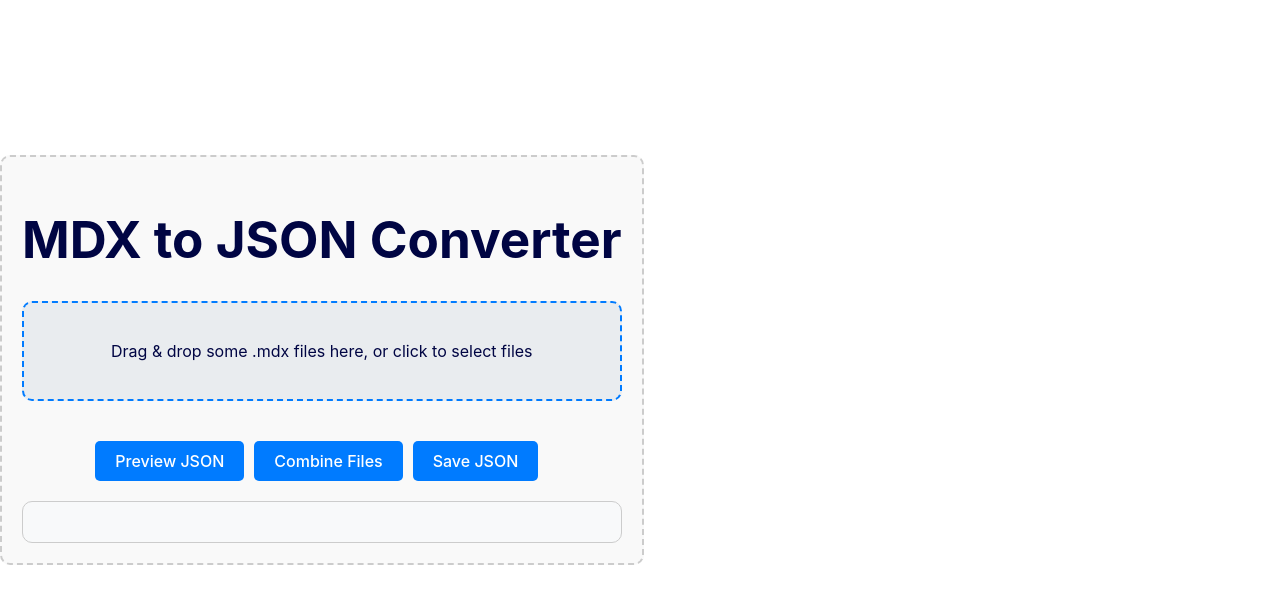
Repository: LayerDynamics/mdx-to-json
Page: /
An editor plug-in stored every save of this project. The page is shown before and after the next save, followed by the edit.
The browser window is 1280 px wide. The pictures show the whole page.
The project was rebuilt for these pictures with package versions that can differ from the ones it lists, and the page was loaded fresh each time. Also part of the build but not shown: vite.config.ts.

Above is the page before, as saved 2024-08-20 08:07:52.

### src/App.tsx
// src/App.tsx
import React, { useState, useCallback } from 'react';
import { useDropzone } from 'react-dropzone';
import { parseMDX, createKnowledgeBaseEntry } from './utils/mdxUtils';
import { Container, UploadButton, DropzoneArea, PreviewContainer } from './styles';


interface KnowledgeBaseEntry {
    title: string;
    tags: string[];
    category: string;
    content: string;
    updatedAt: string;
}

const App: React.FC = () => {
    const [mdxFiles, setMdxFiles] = useState<File[]>([]);
    const [jsonEntries, setJsonEntries] = useState<KnowledgeBaseEntry[]>([]);
    const [combinedJson, setCombinedJson] = useState<KnowledgeBaseEntry | null>(null);

    const onDrop = useCallback((acceptedFiles: File[]) => {
        setMdxFiles([...mdxFiles, ...acceptedFiles]);
    }, [mdxFiles]);

    const { getRootProps, getInputProps } = useDropzone({ onDrop, accept: '.mdx' });

    const handlePreview = async () => {
        const entries: KnowledgeBaseEntry[] = [];

        for (const file of mdxFiles) {
            const content = await file.text();
            const parsed = await parseMDX(content);
            const entry = createKnowledgeBaseEntry(parsed.metadata, parsed.content);
            entries.push(entry);
        }

        setJsonEntries(entries);
    };

    const handleCombine = () => {
        const combined = jsonEntries.reduce(
            (acc, curr) => ({
                ...acc,
                title: acc.title + ' & ' + curr.title,
                tags: [...new Set([...acc.tags, ...curr.tags])],
                category: acc.category + ' & ' + curr.category,
                content: acc.content + '\n' + curr.content,
                updatedAt: new Date().toISOString(),
            }),
            { title: '', tags: [], category: '', content: '', updatedAt: '' }
        );

        setCombinedJson(combined);
    };

    const handleSave = () => {
        const blob = new Blob([JSON.stringify(combinedJson || jsonEntries, null, 2)], { type: 'application/json' });
        const url = URL.createObjectURL(blob);
        const link = document.createElement('a');
        link.href = url;
        link.download = 'knowledge_base.json';
        link.click();
        URL.revokeObjectURL(url);
    };

    return (
        <Container>
            <h1>MDX to JSON Converter</h1>
            <DropzoneArea {...getRootProps()}>
                <input {...getInputProps()} />
                <p>Drag & drop some .mdx files here, or click to select files</p>
            </DropzoneArea>
            <UploadButton onClick={handlePreview}>Preview JSON</UploadButton>
            <UploadButton onClick={handleCombine} disabled={jsonEntries.length < 2}>
                Combine Files
            </UploadButton>
            <UploadButton onClick={handleSave} disabled={jsonEntries.length === 0 && !combinedJson}>
                Save JSON
            </UploadButton>

            <PreviewContainer>
                {combinedJson
                    ? JSON.stringify(combinedJson, null, 2)
                    : jsonEntries.map((entry, index) => (
                          <div key={index}>
                              <h3>{entry.title}</h3>
                              <pre>{JSON.stringify(entry, null, 2)}</pre>
                              <hr />
                          </div>
                      ))}
            </PreviewContainer>
        </Container>
    );
};

export default App;

### src/utils/mdxUtils.ts
// src/utils/mdxUtils.ts
import { unified } from 'unified';
import rehypeParse from 'rehype-parse';
import rehypeRemark from 'rehype-remark';
import remarkParse from 'remark-parse';
import remarkStringify from 'remark-stringify';
import { compile } from '@mdx-js/mdx';
import matter from 'gray-matter';
import { Buffer } from 'buffer';

globalThis.Buffer = Buffer;

export async function parseMDX(mdxContent: string) {
    const { content, data } = matter(mdxContent);

    const jsx = await compile(content);
    return { content: String(jsx), metadata: data };
}

export function convertToPlainText(jsxContent: string) {
    return unified()
        .use(rehypeParse, { fragment: true })
        .use(rehypeRemark)
        .use(remarkParse)
        .use(remarkStringify)
        .processSync(jsxContent).toString();
}

export function createKnowledgeBaseEntry(metadata: any, content: string) {
    return {
        title: metadata.title || 'Untitled',
        tags: metadata.tags || [],
        category: metadata.category || 'General',
        content: convertToPlainText(content),
        updatedAt: metadata.date || new Date().toISOString(),
    };
}

### src/styles.ts
// src/styles.ts
import styled from 'styled-components';

export const Container = styled.div`
    max-width: 800px;
    margin: 0 auto;
    padding: 20px;
    text-align: center;
    border: 2px dashed #ccc;
    border-radius: 10px;
    background-color: #f9f9f9;
    color: #000543
`;

export const UploadButton = styled.button`
    padding: 10px 20px;
    margin-top: 20px;
    margin-right: 10px;
    background-color: #007bff;
    color: white;
    border: none;
    border-radius: 5px;
    cursor: pointer;

    &:hover {
        background-color: #0056b3;
    }
`;

export const DropzoneArea = styled.div`
    padding: 20px;
    border: 2px dashed #007bff;
    border-radius: 10px;
    background-color: #e9ecef;
    margin-bottom: 20px;
    cursor: pointer;

    &:hover {
        background-color: #dee2e6;
    }
`;

export const PreviewContainer = styled.div`
    margin-top: 20px;
    text-align: left;
    white-space: pre-wrap;
    background-color: #f8f9fa;
    padding: 20px;
    border-radius: 10px;
    border: 1px solid #ccc;
`;

Loaded but not shown: index.html (common file); src/main.tsx (common file); src/index.css (common file)

After the next save:
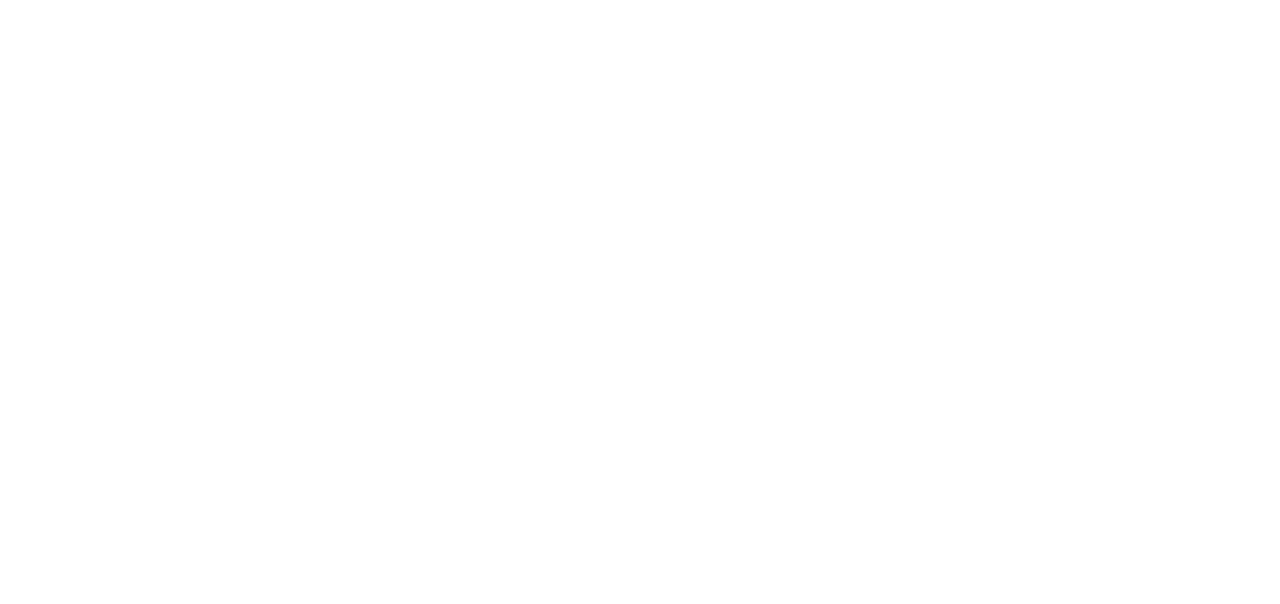
Console error: TypeError: Cannot read properties of undefined (reading 'length')
Saved 16 s later.
--- a/src/App.tsx
+++ b/src/App.tsx
@@ -1,96 +1,24 @@
-// src/App.tsx
-import React, { useState, useCallback } from 'react';
-import { useDropzone } from 'react-dropzone';
-import { parseMDX, createKnowledgeBaseEntry } from './utils/mdxUtils';
-import { Container, UploadButton, DropzoneArea, PreviewContainer } from './styles';
+// src/components/FormatButton.tsx
+import React from 'react';
 
-
-interface KnowledgeBaseEntry {
-    title: string;
-    tags: string[];
-    category: string;
-    content: string;
-    updatedAt: string;
+interface FormatButtonProps {
+    jsonEntries: any;
+    onFormat: (formattedEntries: any) => void;
 }
 
-const App: React.FC = () => {
-    const [mdxFiles, setMdxFiles] = useState<File[]>([]);
-    const [jsonEntries, setJsonEntries] = useState<KnowledgeBaseEntry[]>([]);
-    const [combinedJson, setCombinedJson] = useState<KnowledgeBaseEntry | null>(null);
-
-    const onDrop = useCallback((acceptedFiles: File[]) => {
-        setMdxFiles([...mdxFiles, ...acceptedFiles]);
-    }, [mdxFiles]);
-
-    const { getRootProps, getInputProps } = useDropzone({ onDrop, accept: '.mdx' });
-
-    const handlePreview = async () => {
-        const entries: KnowledgeBaseEntry[] = [];
-
-        for (const file of mdxFiles) {
-            const content = await file.text();
-            const parsed = await parseMDX(content);
-            const entry = createKnowledgeBaseEntry(parsed.metadata, parsed.content);
-            entries.push(entry);
-        }
-
-        setJsonEntries(entries);
-    };
-
-    const handleCombine = () => {
-        const combined = jsonEntries.reduce(
-            (acc, curr) => ({
-                ...acc,
-                title: acc.title + ' & ' + curr.title,
-                tags: [...new Set([...acc.tags, ...curr.tags])],
-                category: acc.category + ' & ' + curr.category,
-                content: acc.content + '\n' + curr.content,
-                updatedAt: new Date().toISOString(),
-            }),
-            { title: '', tags: [], category: '', content: '', updatedAt: '' }
+const FormatButton: React.FC<FormatButtonProps> = ({ jsonEntries, onFormat }) => {
+    const handleFormat = () => {
+        const formatted = jsonEntries.map((entry: any) =>
+            JSON.parse(JSON.stringify(entry, null, 2))
         );
-
-        setCombinedJson(combined);
-    };
-
-    const handleSave = () => {
-        const blob = new Blob([JSON.stringify(combinedJson || jsonEntries, null, 2)], { type: 'application/json' });
-        const url = URL.createObjectURL(blob);
-        const link = document.createElement('a');
-        link.href = url;
-        link.download = 'knowledge_base.json';
-        link.click();
-        URL.revokeObjectURL(url);
+        onFormat(formatted);
     };
 
     return (
-        <Container>
-            <h1>MDX to JSON Converter</h1>
-            <DropzoneArea {...getRootProps()}>
-                <input {...getInputProps()} />
-                <p>Drag & drop some .mdx files here, or click to select files</p>
-            </DropzoneArea>
-            <UploadButton onClick={handlePreview}>Preview JSON</UploadButton>
-            <UploadButton onClick={handleCombine} disabled={jsonEntries.length < 2}>
-                Combine Files
-            </UploadButton>
-            <UploadButton onClick={handleSave} disabled={jsonEntries.length === 0 && !combinedJson}>
-                Save JSON
-            </UploadButton>
-
-            <PreviewContainer>
-                {combinedJson
-                    ? JSON.stringify(combinedJson, null, 2)
-                    : jsonEntries.map((entry, index) => (
-                          <div key={index}>
-                              <h3>{entry.title}</h3>
-                              <pre>{JSON.stringify(entry, null, 2)}</pre>
-                              <hr />
-                          </div>
-                      ))}
-            </PreviewContainer>
-        </Container>
+        <button onClick={handleFormat} disabled={!jsonEntries.length}>
+            Format/Lint JSON
+        </button>
     );
 };
 
-export default App;
+export default FormatButton;

After the save that followed:
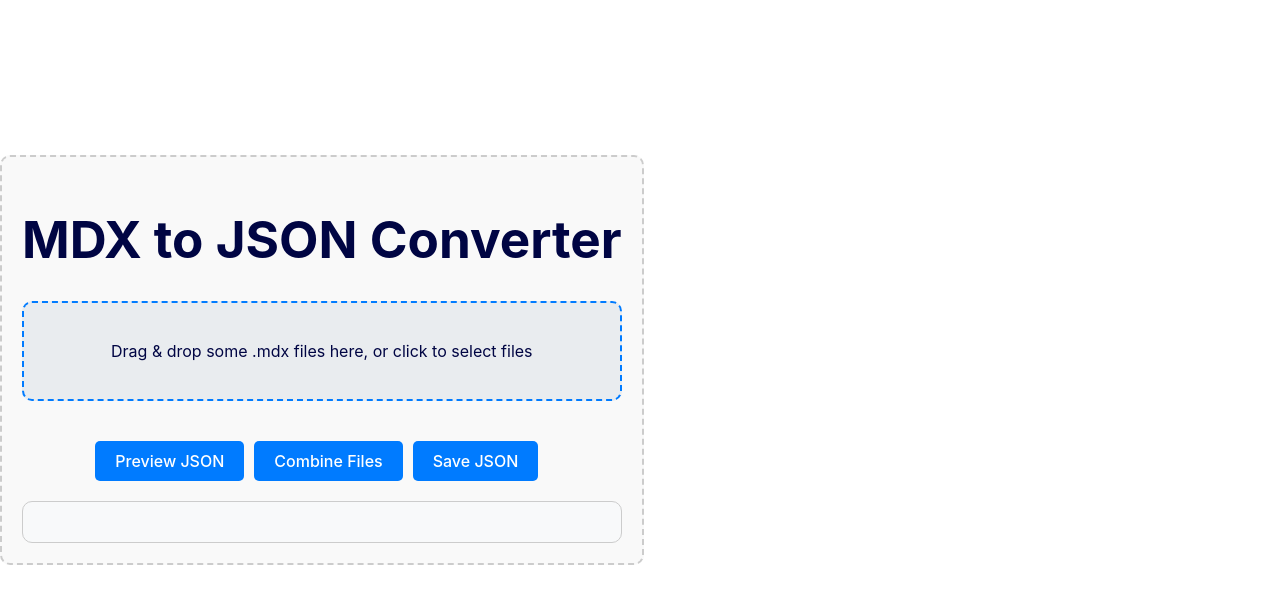
The error is gone.
Saved 6 s later.
--- a/src/App.tsx
+++ b/src/App.tsx
@@ -1,24 +1,96 @@
-// src/components/FormatButton.tsx
-import React from 'react';
+// src/App.tsx
+import React, { useState, useCallback } from 'react';
+import { useDropzone } from 'react-dropzone';
+import { parseMDX, createKnowledgeBaseEntry } from './utils/mdxUtils';
+import { Container, UploadButton, DropzoneArea, PreviewContainer } from './styles';
 
-interface FormatButtonProps {
-    jsonEntries: any;
-    onFormat: (formattedEntries: any) => void;
+
+interface KnowledgeBaseEntry {
+    title: string;
+    tags: string[];
+    category: string;
+    content: string;
+    updatedAt: string;
 }
 
-const FormatButton: React.FC<FormatButtonProps> = ({ jsonEntries, onFormat }) => {
-    const handleFormat = () => {
-        const formatted = jsonEntries.map((entry: any) =>
-            JSON.parse(JSON.stringify(entry, null, 2))
+const App: React.FC = () => {
+    const [mdxFiles, setMdxFiles] = useState<File[]>([]);
+    const [jsonEntries, setJsonEntries] = useState<KnowledgeBaseEntry[]>([]);
+    const [combinedJson, setCombinedJson] = useState<KnowledgeBaseEntry | null>(null);
+
+    const onDrop = useCallback((acceptedFiles: File[]) => {
+        setMdxFiles([...mdxFiles, ...acceptedFiles]);
+    }, [mdxFiles]);
+
+    const { getRootProps, getInputProps } = useDropzone({ onDrop, accept: '.mdx' });
+
+    const handlePreview = async () => {
+        const entries: KnowledgeBaseEntry[] = [];
+
+        for (const file of mdxFiles) {
+            const content = await file.text();
+            const parsed = await parseMDX(content);
+            const entry = createKnowledgeBaseEntry(parsed.metadata, parsed.content);
+            entries.push(entry);
+        }
+
+        setJsonEntries(entries);
+    };
+
+    const handleCombine = () => {
+        const combined = jsonEntries.reduce(
+            (acc, curr) => ({
+                ...acc,
+                title: acc.title + ' & ' + curr.title,
+                tags: [...new Set([...acc.tags, ...curr.tags])],
+                category: acc.category + ' & ' + curr.category,
+                content: acc.content + '\n' + curr.content,
+                updatedAt: new Date().toISOString(),
+            }),
+            { title: '', tags: [], category: '', content: '', updatedAt: '' }
         );
-        onFormat(formatted);
+
+        setCombinedJson(combined);
+    };
+
+    const handleSave = () => {
+        const blob = new Blob([JSON.stringify(combinedJson || jsonEntries, null, 2)], { type: 'application/json' });
+        const url = URL.createObjectURL(blob);
+        const link = document.createElement('a');
+        link.href = url;
+        link.download = 'knowledge_base.json';
+        link.click();
+        URL.revokeObjectURL(url);
     };
 
     return (
-        <button onClick={handleFormat} disabled={!jsonEntries.length}>
-            Format/Lint JSON
-        </button>
+        <Container>
+            <h1>MDX to JSON Converter</h1>
+            <DropzoneArea {...getRootProps()}>
+                <input {...getInputProps()} />
+                <p>Drag & drop some .mdx files here, or click to select files</p>
+            </DropzoneArea>
+            <UploadButton onClick={handlePreview}>Preview JSON</UploadButton>
+            <UploadButton onClick={handleCombine} disabled={jsonEntries.length < 2}>
+                Combine Files
+            </UploadButton>
+            <UploadButton onClick={handleSave} disabled={jsonEntries.length === 0 && !combinedJson}>
+                Save JSON
+            </UploadButton>
+
+            <PreviewContainer>
+                {combinedJson
+                    ? JSON.stringify(combinedJson, null, 2)
+                    : jsonEntries.map((entry, index) => (
+                          <div key={index}>
+                              <h3>{entry.title}</h3>
+                              <pre>{JSON.stringify(entry, null, 2)}</pre>
+                              <hr />
+                          </div>
+                      ))}
+            </PreviewContainer>
+        </Container>
     );
 };
 
-export default FormatButton;
+export default App;
